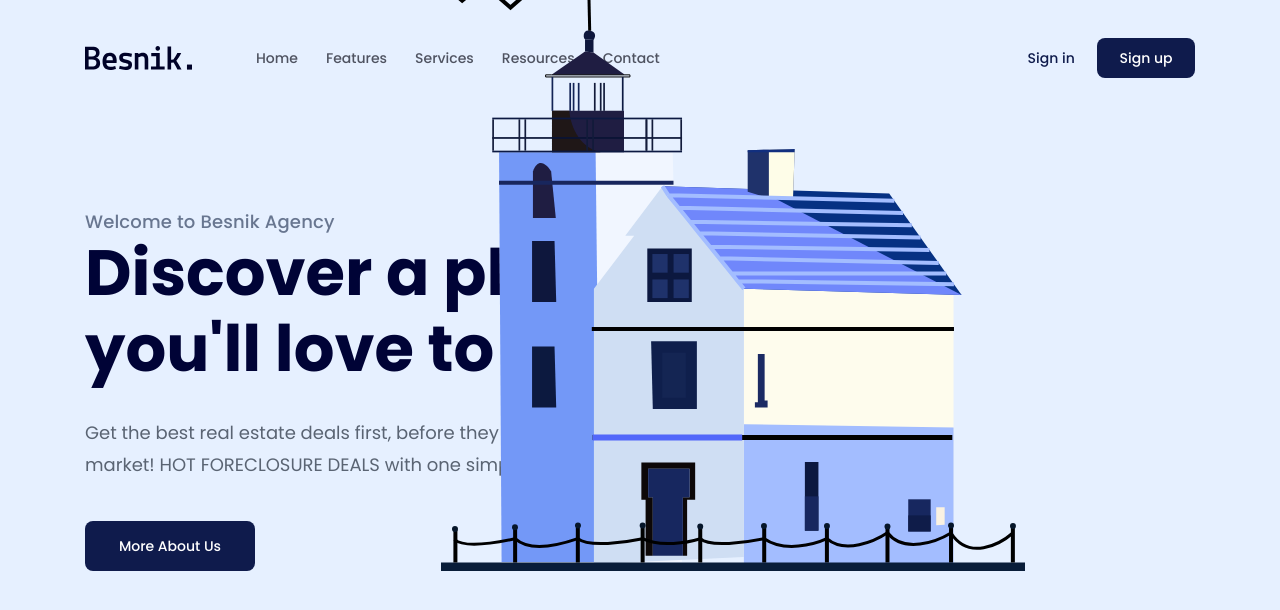
Repository: vancong171001/f8-html-css-01
Page: index.html
An editor plug-in stored every save of this project. The page is shown before and after the next save, followed by the edit.
The browser window is 1280 px wide. The pictures show the whole page.

Above is the page before, as saved 2025-02-18 17:28:24.

After the next save:
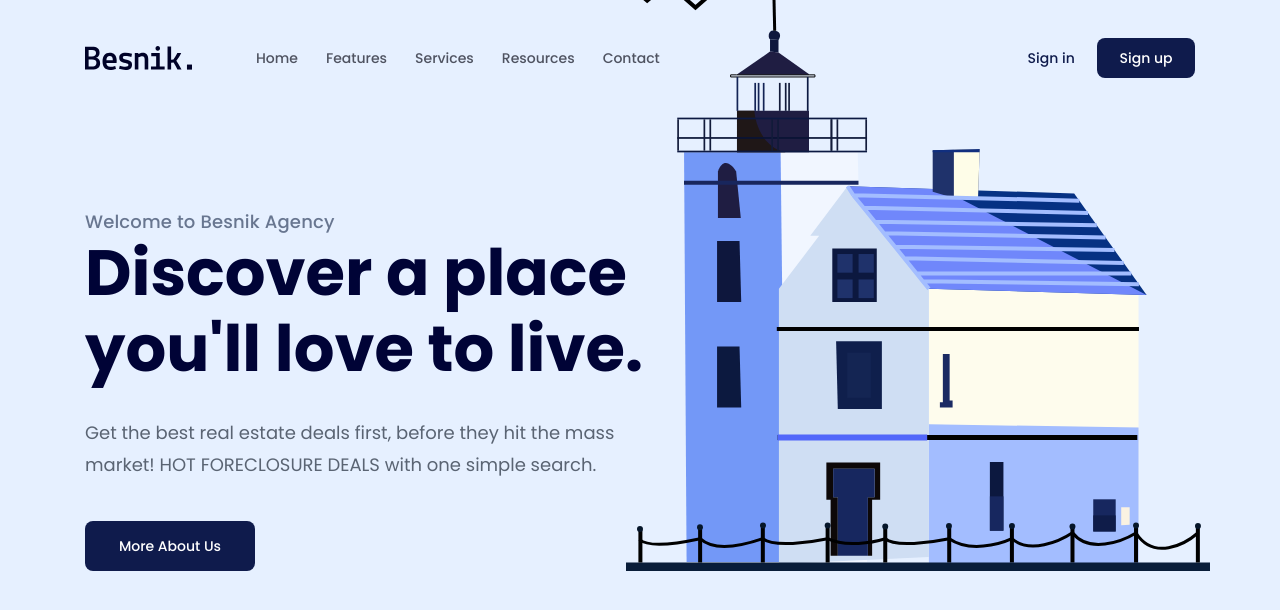
Saved 6 s later.
--- a/assets/css/styles.css
+++ b/assets/css/styles.css
@@ -125,6 +125,6 @@
 
 .hero-img {
   position: absolute;
-  right: calc((100vw - 1110px));
+  right: calc((100vw - 1110px) / 2 - 100px);
   bottom: 0;
 }
